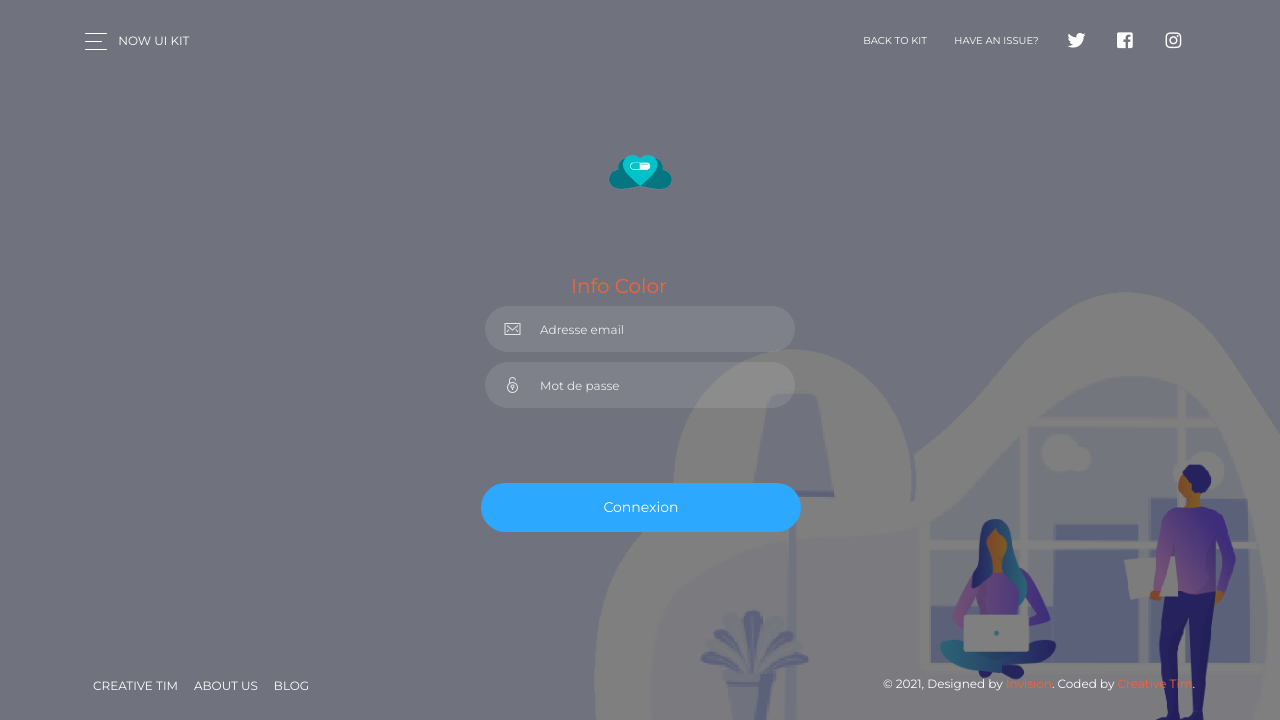
Repository: sdeschaepmeester/samanthawebsite
Page: /login-page
These files come from the project's save history. The page is drawn as it stood at one moment and after the next save; the edit follows.
The browser window is 1280 px wide. The pictures show the whole page.
The project was rebuilt for these pictures with package versions that can differ from the ones it lists, and the page was loaded fresh each time. Also part of the build but not shown: src/assets/demo/nucleo-icons-page-styles.css, src/components/Navbars/IndexNavbar.js, src/components/Headers/IndexHeader.js, src/components/Footers/DarkFooter.js, src/views/index-sections/Images.js, src/views/index-sections/Introduction.js, src/views/index-sections/BasicElements.js, src/views/index-sections/Navbars.js and 19 more.

Above is the page before, as saved 2021-05-31 20:20:33.

After the next save:
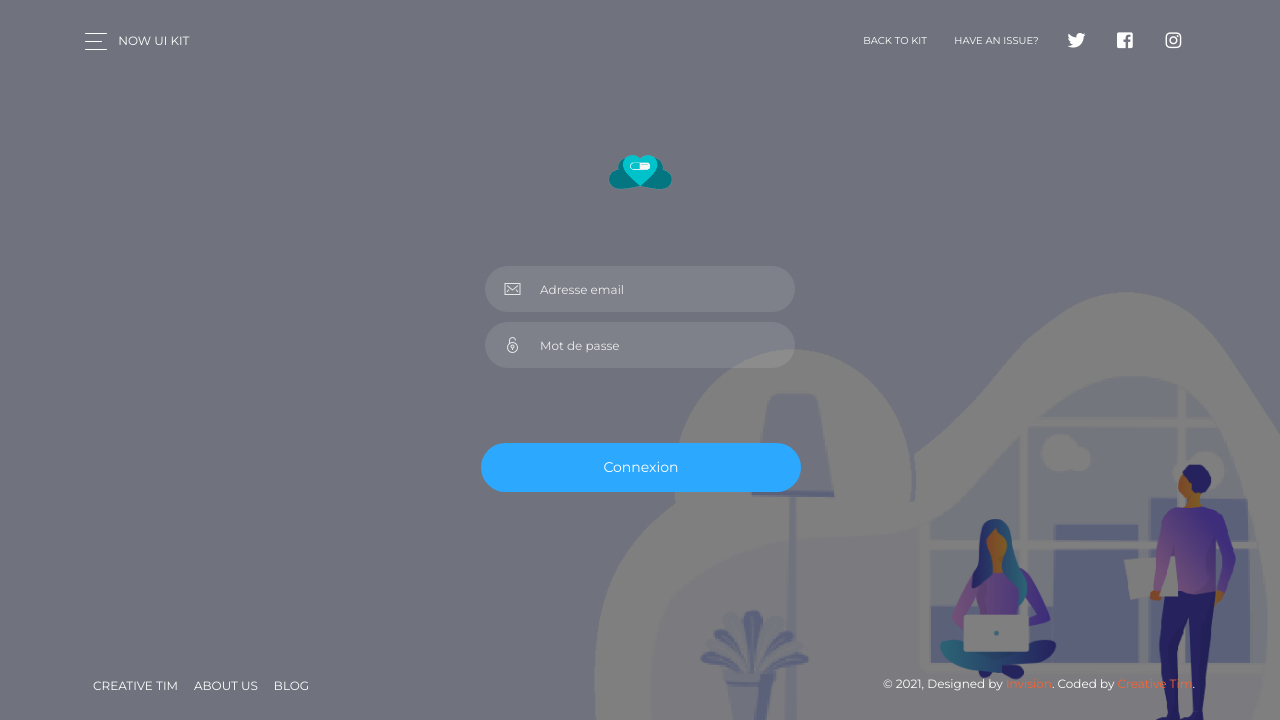
Saved 4 min 10 s later.
--- a/src/views/examples/LoginPage.js
+++ b/src/views/examples/LoginPage.js
@@ -73,57 +73,6 @@ function LoginPage() {
                     </div>
                   </CardHeader>
                   <CardBody>
-                  <Container>
-                <div className="navbar-translate">
-                  <NavbarBrand
-                    href="#pablo"
-                    onClick={(e) => e.preventDefault()}
-                  >
-                    Info Color
-                  </NavbarBrand>
-                  <button
-                    onClick={() => {
-                      document.documentElement.classList.toggle("nav-open");
-                      setCollapseOpen(!collapseOpen);
-                    }}
-                    aria-expanded={collapseOpen}
-                    className="navbar-toggler"
-                    type="button"
-                  >
-                    <span className="navbar-toggler-bar bar1"></span>
-                    <span className="navbar-toggler-bar bar2"></span>
-                    <span className="navbar-toggler-bar bar3"></span>
-                  </button>
-                </div>
-                <Collapse isOpen={collapseOpen} navbar>
-                  <Nav className="ml-auto" navbar>
-                    <NavItem className="active">
-                      <NavLink
-                        href="#pablo"
-                        onClick={(e) => e.preventDefault()}
-                      >
-                        <p>Discover</p>
-                      </NavLink>
-                    </NavItem>
-                    <NavItem>
-                      <NavLink
-                        href="#pablo"
-                        onClick={(e) => e.preventDefault()}
-                      >
-                        <p>Profile</p>
-                      </NavLink>
-                    </NavItem>
-                    <NavItem>
-                      <NavLink
-                        href="#pablo"
-                        onClick={(e) => e.preventDefault()}
-                      >
-                        <p>Settings</p>
-                      </NavLink>
-                    </NavItem>
-                  </Nav>
-                </Collapse>
-              </Container>
                     <InputGroup
                       className={
                         "no-border input-lg" +
